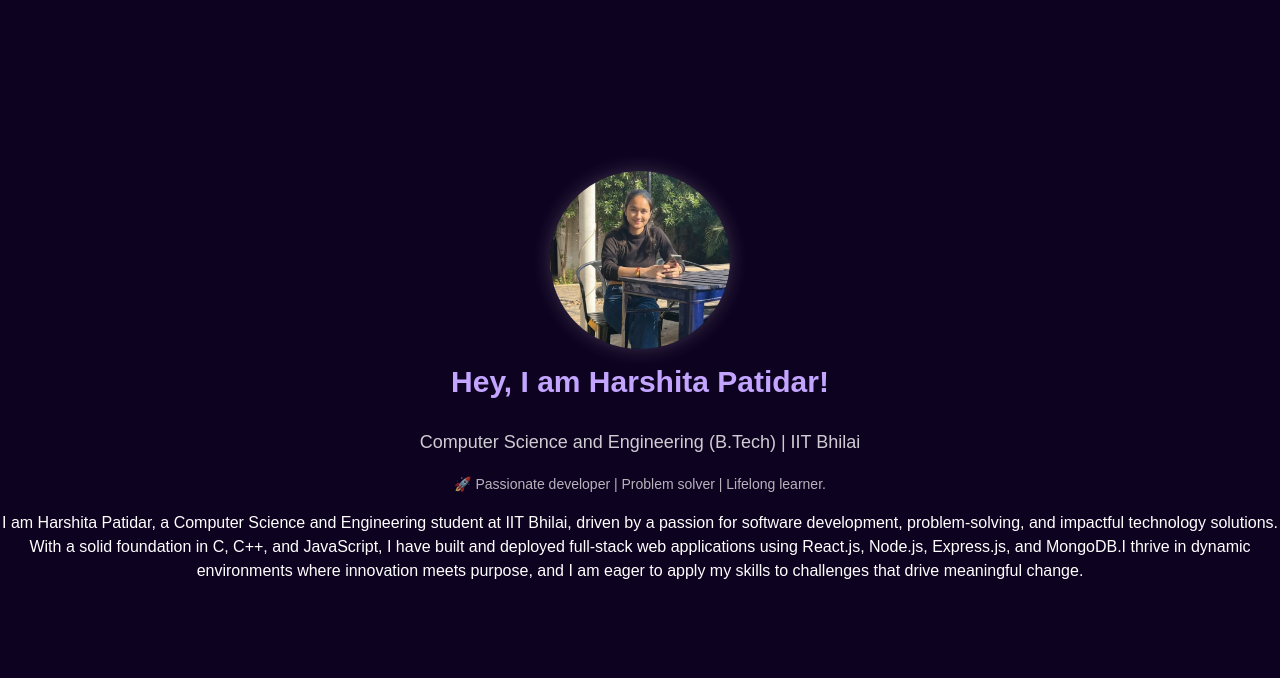
Repository: harshitap1305/Portfolio
Page: /
The author's editor kept a copy of each file at every save. The page is drawn from the files as they stood at one save, then again after the next save.
The browser window is 1280 px wide. The pictures show the whole page.
The project was rebuilt for these pictures with package versions that can differ from the ones it lists, and the page was loaded fresh each time. Also part of the build but not shown: vite.config.js.

Above is the page before, as saved 2025-03-27 17:25:00.

### index.html
<!doctype html>
<html lang="en">
  <head>
    <meta charset="UTF-8" />

    <meta name="viewport" content="width=device-width, initial-scale=1.0" />
    <title>Harshita's Portfolio</title>
  </head>
  <body>
    <div id="root"></div>
    <script type="module" src="/src/main.jsx"></script>
  </body>
</html>

### src/App.jsx
import Home from './Home.jsx'

function App() {


  return (
    <>
      <Home/>
    </>
  )
}

export default App

### src/Home.jsx
import React from 'react';
import harshita from './assets/harshita.png';
import './App.css';

const Home = () => {
  return (
    <>
      <img src={harshita} alt="Harshita Patidar" className="harshita" />
      <h2 className="name">Hey, I am Harshita Patidar!</h2>
      <p className="tagline">Computer Science and Engineering (B.Tech) | IIT Bhilai</p>
      <p className="subtext">
      🚀 Passionate developer | Problem solver | Lifelong learner.
      </p>
      <p className='intro'>I am Harshita Patidar, a Computer Science and Engineering student at IIT Bhilai, driven by a passion for software development, problem-solving, and impactful technology solutions. With a solid foundation in C, C++, and JavaScript, I have built and deployed full-stack web applications using React.js, Node.js, Express.js, and MongoDB.I thrive in dynamic environments where innovation meets purpose, and I am eager to apply my skills to challenges that drive meaningful change.</p>

    </>
  );
};

export default Home;

### src/App.css
/* Background */
body {
  background-color: #0d021f;
  color: white;
  font-family: 'Poppins', sans-serif;
  text-align: center;
}

/* Image Styling */
.harshita {
  width: 180px;
  border-radius: 50%;
  display: block;
  margin: 50px auto 10px;
  box-shadow: 0px 0px 20px rgba(255, 255, 255, 0.2);
}

/* Name Styling */
.name {
  font-size: 30px;
  font-weight: bold;
  margin-top: 10px;
  color: #c3a5ff; /* Light purple */
}

/* Tagline Styling */
.tagline {
  font-size: 18px;
  margin-top: 5px;
  opacity: 0.8;
}


/* Subtext */
.subtext {
  font-size: 14px;
  margin-top: 5px;
  opacity: 0.7;
}
/* Intro Box */
.tro {
  background: rgba(255, 255, 255, 0.1); /* Semi-transparent */
  padding: 20px;
  border-radius: 12px;
  width: 80%;
  max-width: 600px;
  box-shadow: 0px 0px 20px rgba(255, 255, 255, 0.2);
  backdrop-filter: blur(10px);
  text-align: left;
  font-size: 16px;
  line-height: 1.6;
  margin-top: 20px;
  border-left: 5px solid #8a4bff; /* Highlighted left border */
}

/* Highlighted words */
.intro span {
  color: #8a4bff;
  font-weight: bold;
}

Loaded but not shown: src/main.jsx (common file); src/index.css (common file)

After the next save:
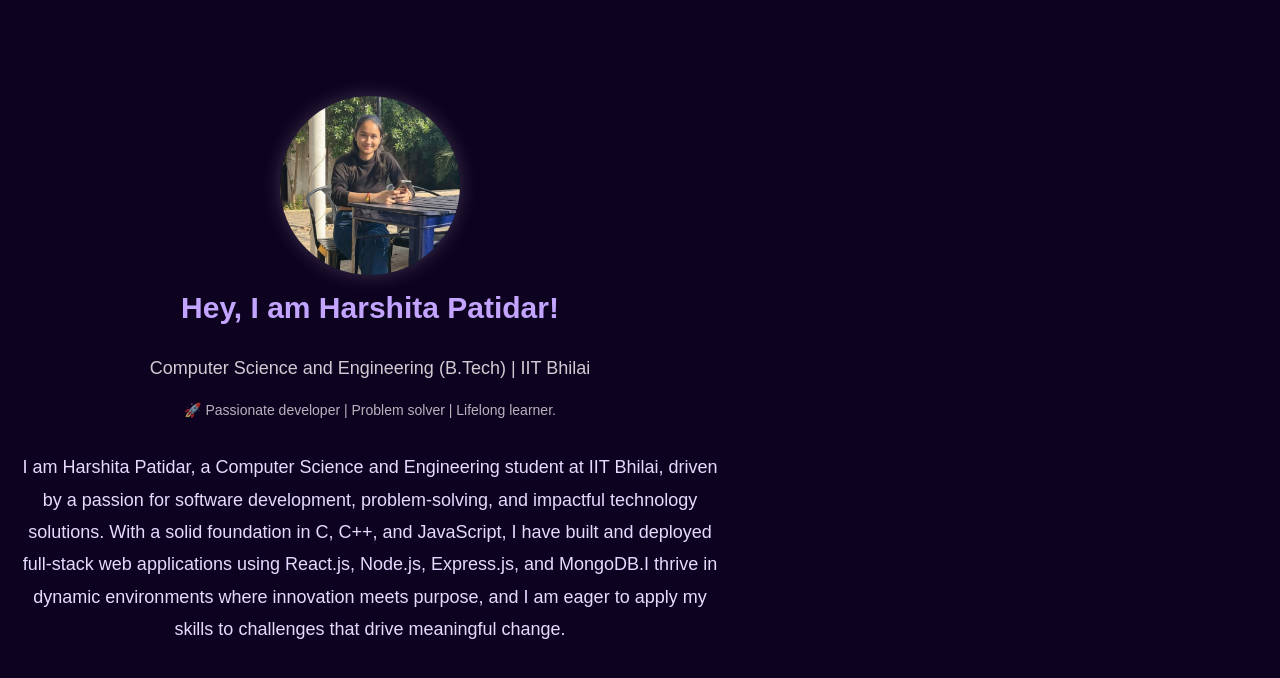
Saved 7 s later.
--- a/src/App.css
+++ b/src/App.css
@@ -38,22 +38,17 @@ body {
   opacity: 0.7;
 }
 /* Intro Box */
-.tro {
-  background: rgba(255, 255, 255, 0.1); /* Semi-transparent */
-  padding: 20px;
-  border-radius: 12px;
-  width: 80%;
-  max-width: 600px;
-  box-shadow: 0px 0px 20px rgba(255, 255, 255, 0.2);
-  backdrop-filter: blur(10px);
-  text-align: left;
-  font-size: 16px;
-  line-height: 1.6;
+.intro {
+  font-size: 18px;
+  line-height: 1.8;
+  max-width: 700px;
+  text-align: center;
   margin-top: 20px;
-  border-left: 5px solid #8a4bff; /* Highlighted left border */
+  color: #e5dbff;
+  padding: 10px 20px;
 }
 
-/* Highlighted words */
+/* Highlights in Text */
 .intro span {
   color: #8a4bff;
   font-weight: bold;
